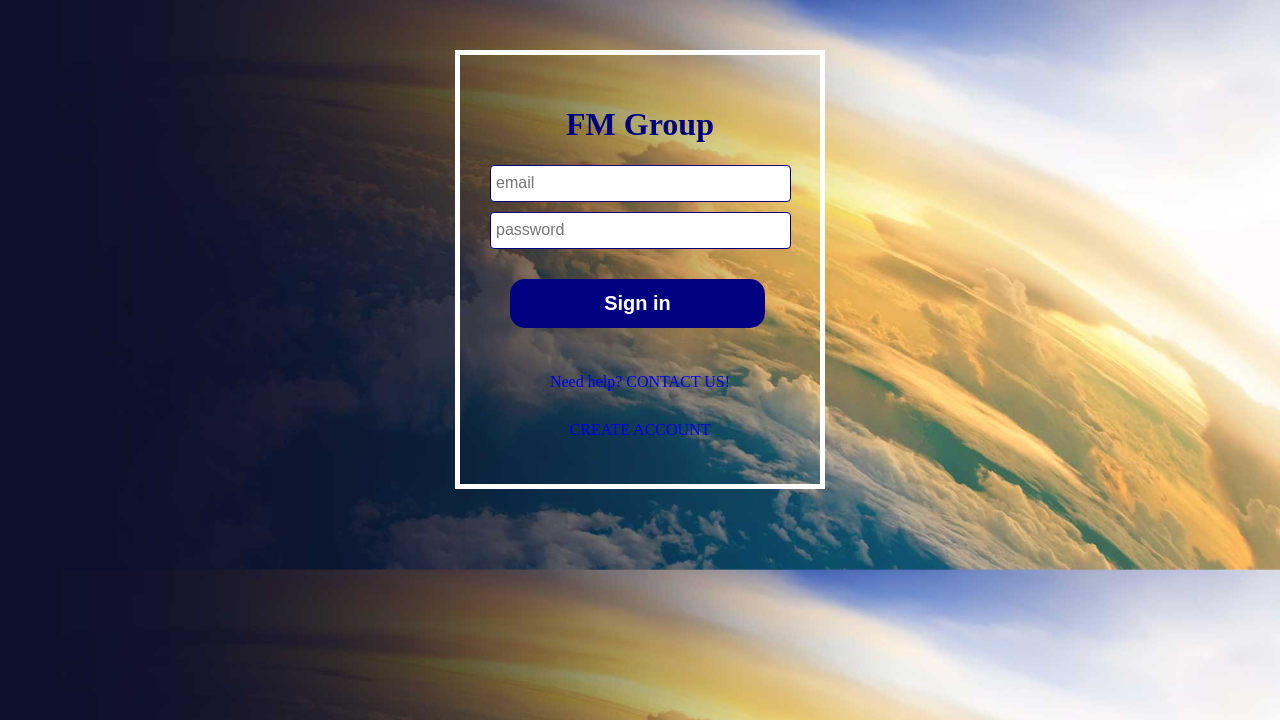
Repository: leeboseok/proposal-board
Page: http://localhost/ProposalSys/signin.jsp
These files come from the project's save history. The page is drawn as it stood at one moment and after the next save; the edit follows.
The browser window is 1280 px wide. The pictures show the whole page.
The page is served by Tomcat 9. Other server files are loaded and not shown.

Above is the page before, as saved 2024-07-28 03:26:07.

### ProposalSys/src/main/webapp/signin.jsp
<%@ page language="java" contentType="text/html; charset=utf-8"
    pageEncoding="utf-8"%>
<%@ page import="java.sql.*" %>
<!DOCTYPE html>
<html>
	<head>
		<meta charset="utf-8">
		<title>Login</title>
		<link rel="stylesheet" href="css/body.css">
		<style>

		</style>
	</head>
	<body>
		<div id="container">
			<div><h1>FM Group</h1></div>
			<form method="post" action="signinprogress.jsp">
				<div>
					<input class="idpw" type="email" name="userEmail" required placeholder="email">
				</div>
				<div>
				     <input class="idpw" type="password" name="userPassword" required placeholder="password">
				</div>
				<div class="div_btn">
					<input type="submit" class="loginButton" id="submit" value="Sign in">
				</div>
			</form>
			<div class="div_a"><a href = "admincontact.jsp">Need help? CONTACT US!</a></div>
			<div class="div_a"><a href = "signup.jsp">CREATE ACCOUNT</a></div>
		</div>
	</body>
</html>

### ProposalSys/src/main/webapp/css/body.css
@charset "utf-8";

html{
	background-image: url('../images/hero-earth.jpg');
	background-size : cover;
}
#container{
   width:300px;
   border:5px solid white;
   padding:30px;
   margin:0 auto;
   margin-top:50px;
}
input{
    border: 1px solid #ccc;
    width: 289px;
    height: 25px;
    font-size: 16px;
    padding: 5px;
    margin-bottom: 10px;
    color:#7B2B63;
}
.idpw{
	border-color:navy;
	color:#7B2B63;;
	border-radius: 4px;
}
h1,h2{
    color:navy;
    text-align: center;
}
.loginButton{
    width:255px;
    height: 49px;
    font-weight: bold;
    font-size: 20px;
    background-color: navy;
    color: #fff;
    border: none;
    cursor: pointer;
    border-radius:15px;
}
.loginButton:hover{
	background-color:#7B2B63;
}
.div_btn{
	padding:20px;
	margin:0 auto;
}
a{
    text-decoration-line: none;
	font-size: 16px;
}
a:hover{
	font-weight:bold;
}
.div_a{
	margin:0 auto;
	width:255px;
	text-align:center;
	padding: 15px;
}

After the next save:
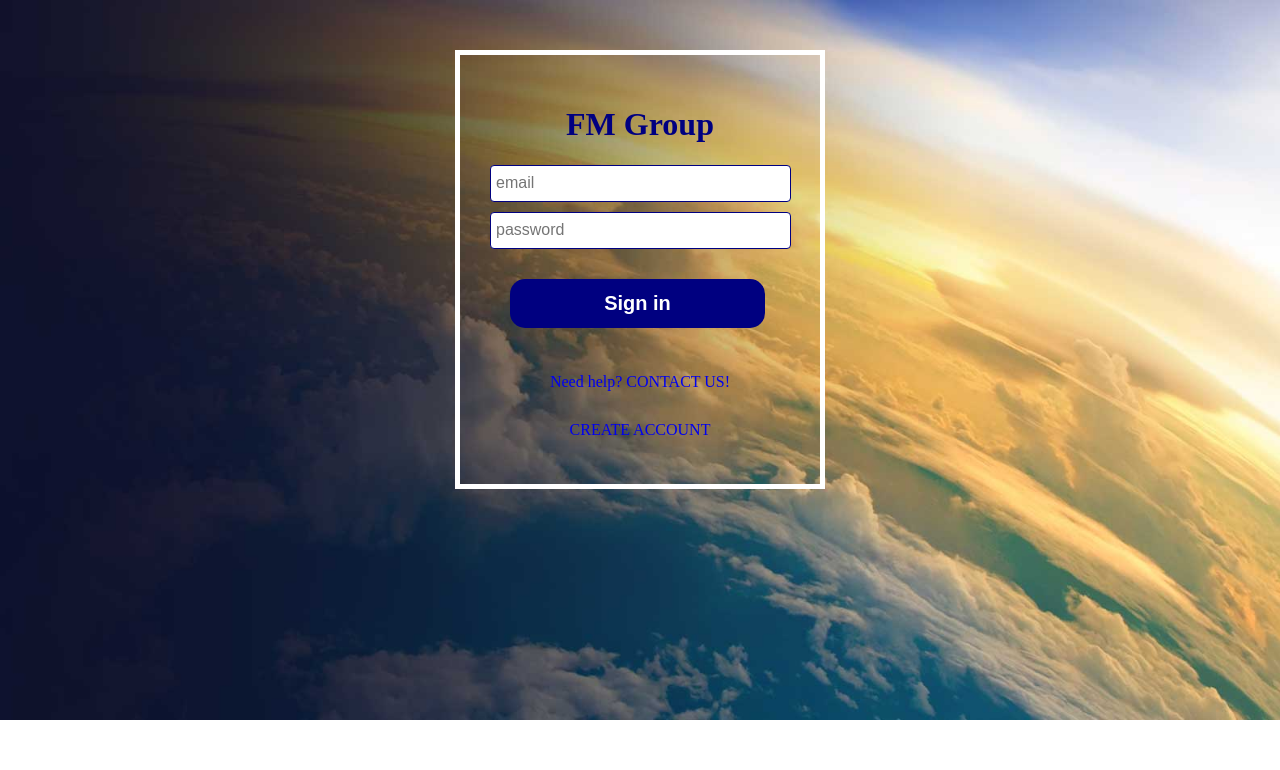
Saved 88 s later.
--- a/ProposalSys/src/main/webapp/css/body.css
+++ b/ProposalSys/src/main/webapp/css/body.css
@@ -1,36 +1,47 @@
 @charset "utf-8";
 
-html{
-	background-image: url('../images/hero-earth.jpg');
-	background-size : cover;
+html, body {
+    height: 100%;
+    margin: 0;
 }
-#container{
-   width:300px;
-   border:5px solid white;
-   padding:30px;
-   margin:0 auto;
-   margin-top:50px;
+
+html {
+    background-image: url('../images/hero-earth.jpg');
+    background-size: cover;
+    background-position: center;
+    background-repeat: no-repeat;
 }
-input{
+
+#container {
+    width: 300px;
+    border: 5px solid white;
+    padding: 30px;
+    margin: 50px auto 0; /* 위쪽 마진을 50px로 설정, 좌우 중앙 정렬 */
+}
+
+input {
     border: 1px solid #ccc;
     width: 289px;
     height: 25px;
     font-size: 16px;
     padding: 5px;
     margin-bottom: 10px;
-    color:#7B2B63;
+    color: #7B2B63;
 }
-.idpw{
-	border-color:navy;
-	color:#7B2B63;;
-	border-radius: 4px;
+
+.idpw {
+    border-color: navy;
+    color: #7B2B63;
+    border-radius: 4px;
 }
-h1,h2{
-    color:navy;
+
+h1, h2 {
+    color: navy;
     text-align: center;
 }
-.loginButton{
-    width:255px;
+
+.loginButton {
+    width: 255px;
     height: 49px;
     font-weight: bold;
     font-size: 20px;
@@ -38,25 +49,30 @@
     color: #fff;
     border: none;
     cursor: pointer;
-    border-radius:15px;
+    border-radius: 15px;
 }
-.loginButton:hover{
-	background-color:#7B2B63;
+
+.loginButton:hover {
+    background-color: #7B2B63;
 }
-.div_btn{
-	padding:20px;
-	margin:0 auto;
+
+.div_btn {
+    padding: 20px;
+    margin: 0 auto;
 }
-a{
+
+a {
     text-decoration-line: none;
-	font-size: 16px;
+    font-size: 16px;
 }
-a:hover{
-	font-weight:bold;
+
+a:hover {
+    font-weight: bold;
 }
-.div_a{
-	margin:0 auto;
-	width:255px;
-	text-align:center;
-	padding: 15px;
+
+.div_a {
+    margin: 0 auto;
+    width: 255px;
+    text-align: center;
+    padding: 15px;
 }

After the save that followed:
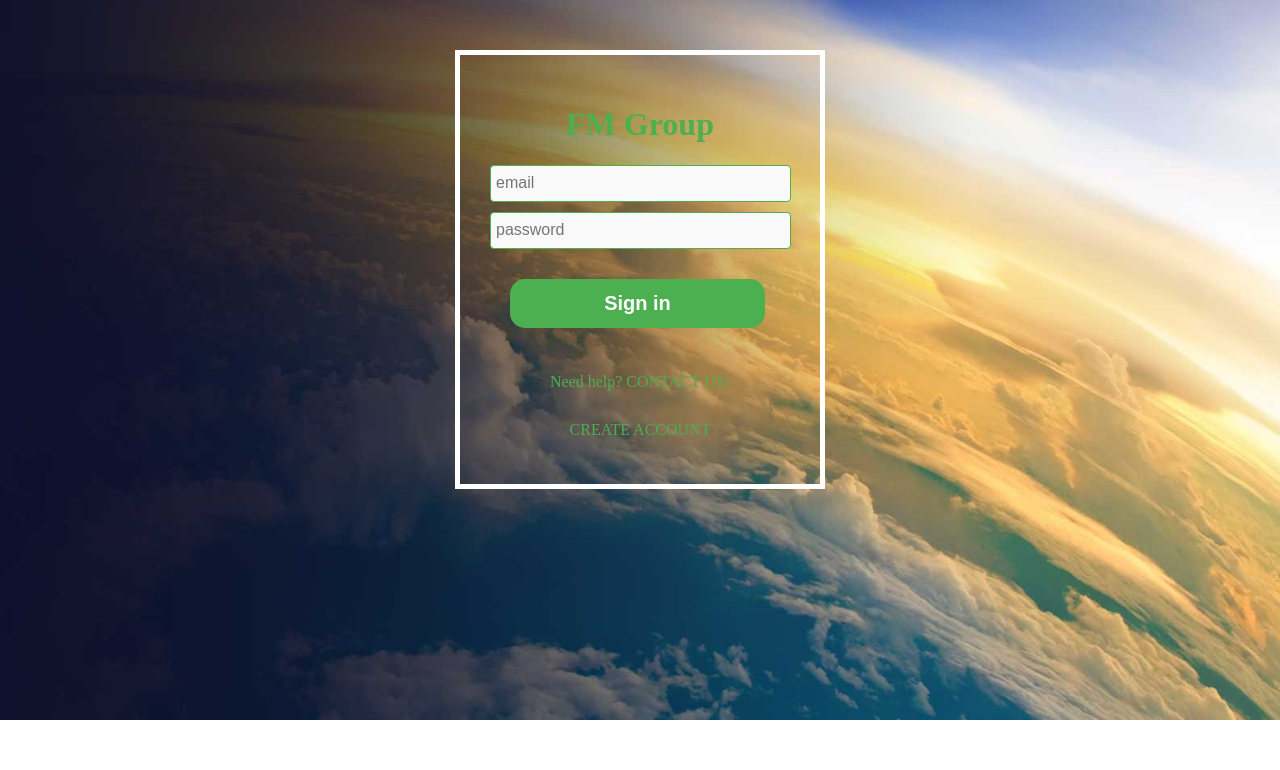
Saved 64 s later.
--- a/ProposalSys/src/main/webapp/css/body.css
+++ b/ProposalSys/src/main/webapp/css/body.css
@@ -1,3 +1,4 @@
+@charset "utf-8";
 @charset "utf-8";
 
 html, body {
@@ -20,23 +21,24 @@
 }
 
 input {
-    border: 1px solid #ccc;
+    border: 1px solid #4CAF50; /* 녹색 테두리 */
     width: 289px;
     height: 25px;
     font-size: 16px;
     padding: 5px;
     margin-bottom: 10px;
-    color: #7B2B63;
+    color: #333; /* 어두운 텍스트 색상 */
+    background-color: #f9f9f9; /* 연한 회색 배경 */
 }
 
 .idpw {
-    border-color: navy;
-    color: #7B2B63;
+    border-color: #4CAF50; /* 녹색 테두리 */
+    color: #333; /* 어두운 텍스트 색상 */
     border-radius: 4px;
 }
 
 h1, h2 {
-    color: navy;
+    color: #4CAF50; /* 녹색 텍스트 */
     text-align: center;
 }
 
@@ -45,7 +47,7 @@
     height: 49px;
     font-weight: bold;
     font-size: 20px;
-    background-color: navy;
+    background-color: #4CAF50; /* 녹색 버튼 */
     color: #fff;
     border: none;
     cursor: pointer;
@@ -53,7 +55,7 @@
 }
 
 .loginButton:hover {
-    background-color: #7B2B63;
+    background-color: #45a049; /* 더 어두운 녹색 */
 }
 
 .div_btn {
@@ -64,10 +66,12 @@
 a {
     text-decoration-line: none;
     font-size: 16px;
+    color: #4CAF50; /* 녹색 링크 */
 }
 
 a:hover {
     font-weight: bold;
+    color: #45a049; /* 더 어두운 녹색 */
 }
 
 .div_a {
